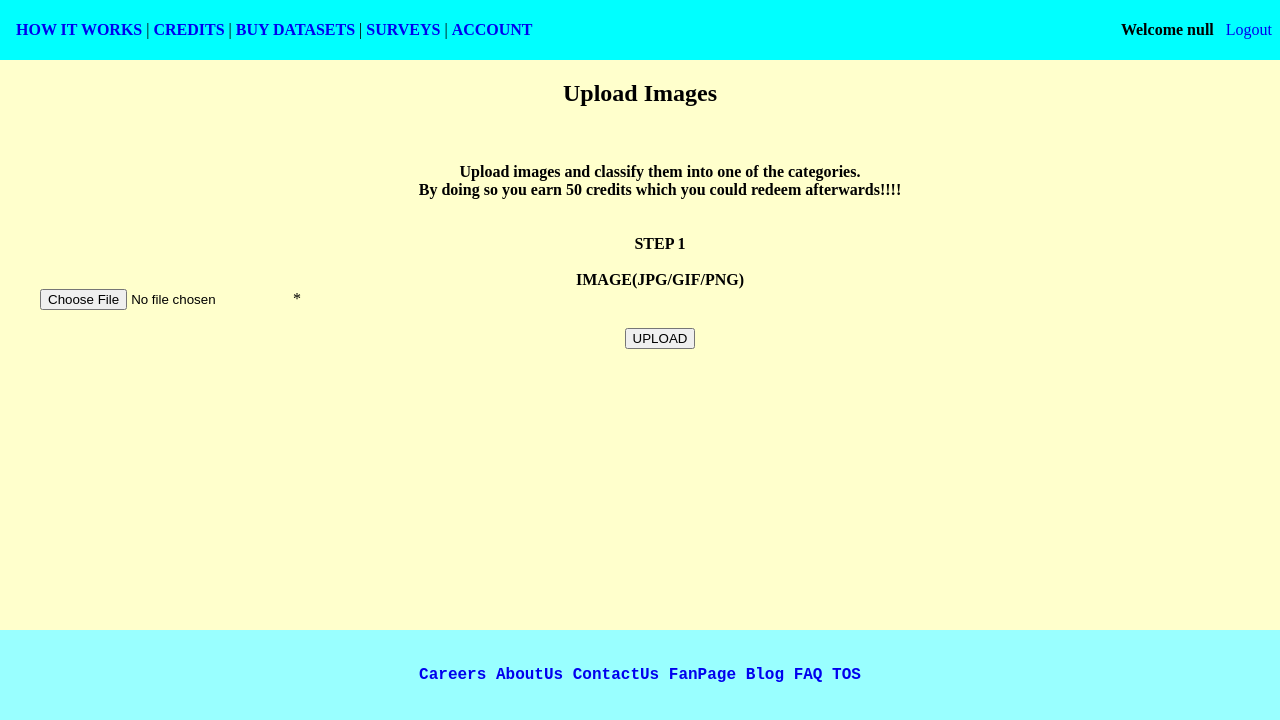
Repository: nicks707/LocoShack_TGMC-project
Page: http://localhost/ram/uploadphoto.jsp
An editor plug-in stored every save of this project. The page is shown before and after the next save, followed by the edit.
The browser window is 1280 px wide. The pictures show the whole page.
The page is served by Tomcat 9.

Above is the page before, as saved 2012-03-20 15:07:54.

After the next save:
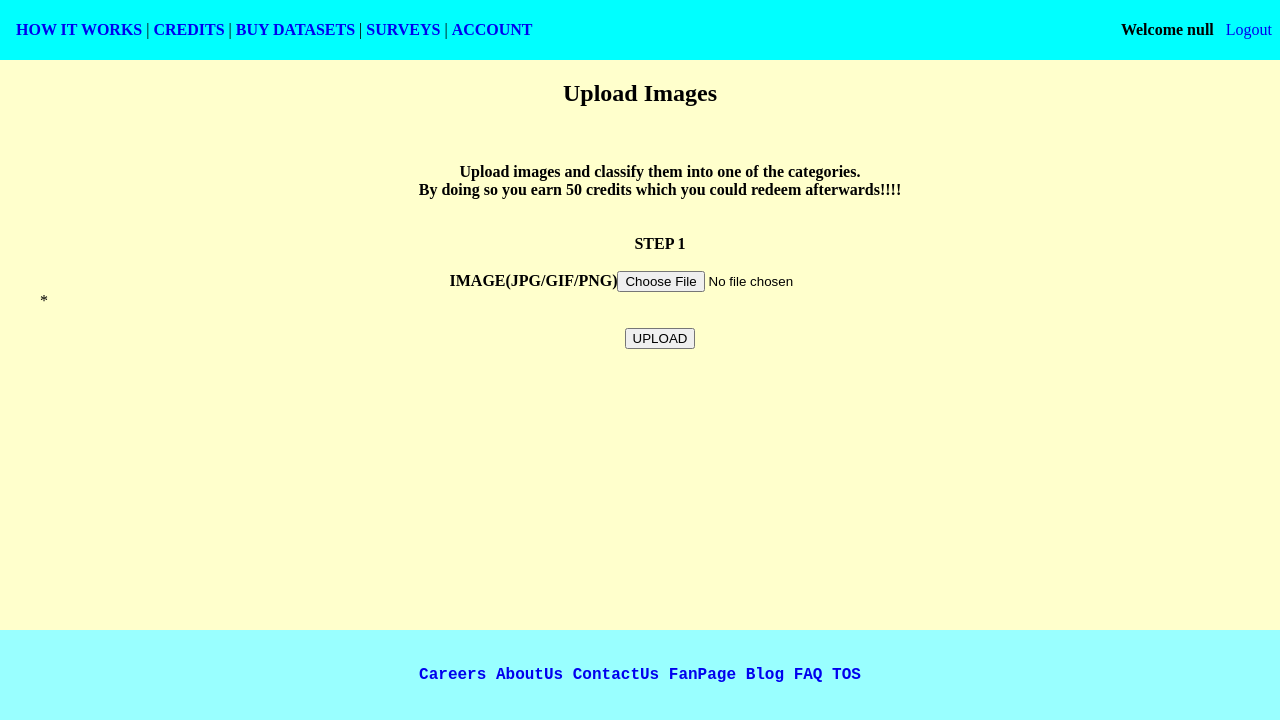
Saved 44 s later.
--- a/ram/WebContent/uploadphoto.jsp
+++ b/ram/WebContent/uploadphoto.jsp
@@ -39,7 +39,7 @@ By doing so you earn 50 credits which you could redeem afterwards!!!!</center></
 <form  name="myform" onsubmit=" return checkfield();"  enctype="multipart/form-data" action="FileUploadServlet" method="post">
 
 <center><b>STEP 1</b></center><br/>
-<b><center>IMAGE(JPG/GIF/PNG)</center></b><input type="file" name="image" id="image" size="40">*<br/><br/>
+<b><center>IMAGE(JPG/GIF/PNG)</b><input type="file" name="image" id="image" size="40"></center>*<br/><br/>
 <center><input type="submit" value="UPLOAD"></center>
 
 </form>
